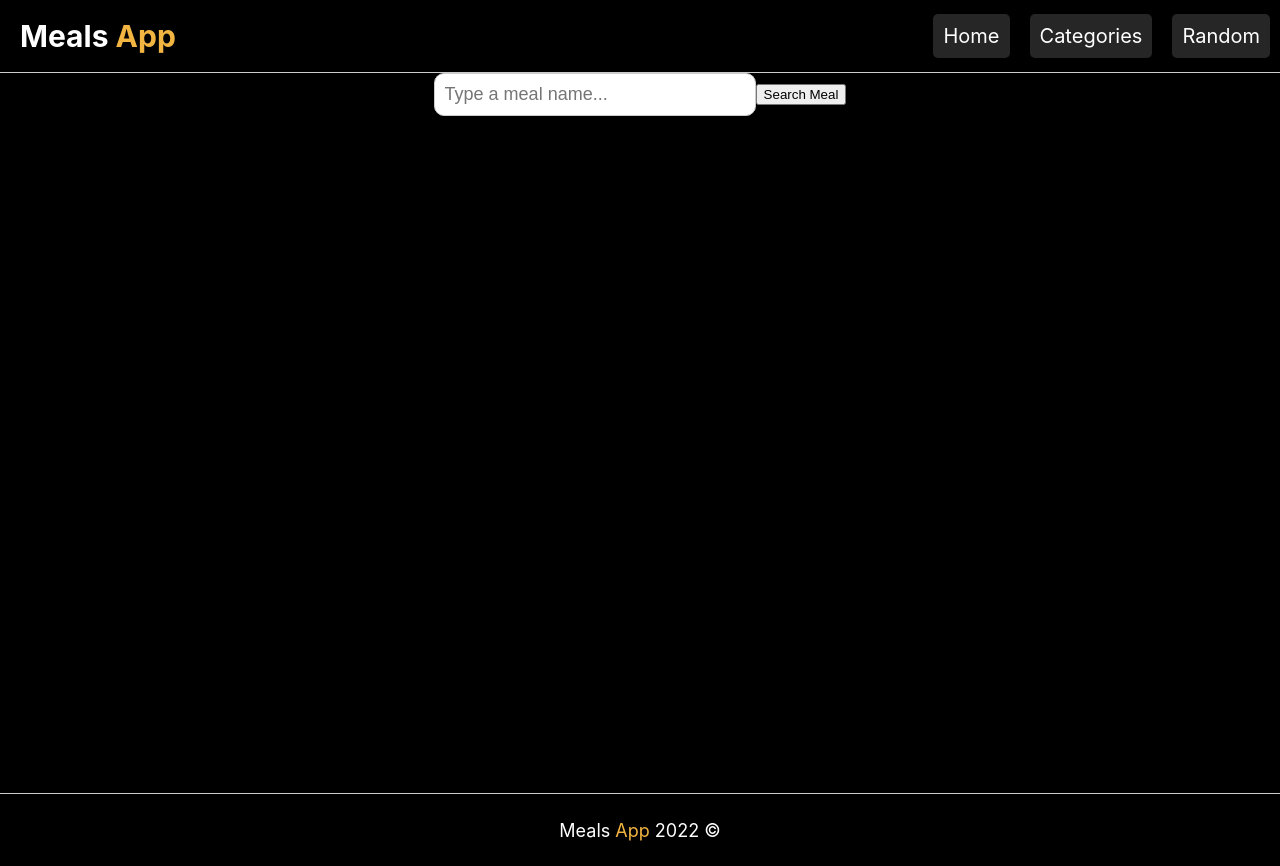
Repository: Shahriddinov/Meals
Page: /
The author's editor kept a copy of each file at every save. The page is drawn from the files as they stood at one save, then again after the next save.
The browser window is 1280 px wide. The pictures show the whole page.
The project was rebuilt for these pictures with package versions that can differ from the ones it lists, and the page was loaded fresh each time. Also part of the build but not shown: src/components/Categories/Categories.js, src/components/RandomMeal/RandomMeal.js.

Above is the page before, as saved 2022-03-21 18:24:08.

### src/index.js
import React from 'react';
import ReactDOM from 'react-dom';
import { BrowserRouter } from 'react-router-dom';
import App from './App';
import { AppContext } from './components/context/context';

ReactDOM.render(
  <React.StrictMode>
    <BrowserRouter>
    <AppContext>
      <App />
    </AppContext>
    </BrowserRouter>

  </React.StrictMode>,
  document.getElementById('root')
);

### src/App.js
import React from 'react';
import { Footer } from './components/Footer/Footer';
import Navbar from './components/Navbar/Navbar';
import HomePage from './components/HomePage/HomePage'
import Categories from './components/Categories/Categories'
import "./App.scss"
import RandomMeal from './components/RandomMeal/RandomMeal'
import {BrowserRouter,  Routes, Route} from 'react-router-dom'

function App(props) {
    return (
        <div>
         <Navbar />

         <Routes>
          <Route  path="/" element={<HomePage/>} />
          <Route  path="/categories" element={<Categories/>}/>
          <Route  path="/random" element={<RandomMeal/>} />
          </Routes>
          <Footer/>
        </div>
    );
}

export default App;

### src/components/context/context.js
import React, {createContext, useCallback, useState} from 'react'
import axios from "axios"
export const myContext = createContext();

export const AppContext  = ({children}) =>{
  const [meals,setMeals] = useState([]);
  const [categories, setCategories] = useState([]);
  const [random, setRandom] = useState([]);

  const fetchHomePageMeals = useCallback((searchTerm)=>{
    axios.get(`https://www.themealdb.com/api/json/v1/1/search.php?s=${searchTerm}`).then(res =>{
      console.log(res.data.meals);
      setMeals(res.data.meals)
    })
  },[])
  return <myContext.Provider value={{fetchHomePageMeals, meals}}>{children}</myContext.Provider>

}

### src/components/Footer/Footer.js
import React from 'react'
import "./Footer.scss"
export const Footer = () => {
  return (
    <div className="footer">
       <p>Meals <span>App</span> 2022 &copy;</p>
    </div>
  )
}

### src/components/Navbar/Navbar.js
import React from 'react'
import {Link} from 'react-router-dom'
import "./Navbar.scss"
const Navbar = () => {
  return (
    <div className="navbar">
      <div className="navbar-heading">
          <h1>Meals <span>App</span></h1>
      </div>
      <div className="navbar-links">
          <ul>
           <Link to="/">
             {""}
             <li>Home</li>
             </Link>
           <Link to="/categories">
             {""}
             <li>Categories</li>
             </Link>
           <Link to="/random">
             {""}
             <li>Random</li>
             </Link>
          </ul>
      </div>
    </div>
  )
}

export default Navbar

### src/components/HomePage/HomePage.js
import React, {useState, useCallback, useContext} from 'react'
import "./HomePage.scss"
import {myContext} from '../context/context'
function HomePage() {

  const [searchTerm, setSearchTerm] = useState("");

  const {fetchHomePageMeals, meals} = useContext(myContext);
  const fetchHomePageMealsHandler = useCallback(()=>{
    fetchHomePageMeals(searchTerm)
  }, [searchTerm, fetchHomePageMeals]);
  return (
    <div className="home">
      <div className="home-search">
        <input type="text" className="" placeholder="Type a meal name..." value={searchTerm} onChange={(e)=>setSearchTerm(e.target.value)}/>
        <button onClick={fetchHomePageMealsHandler} >Search Meal</button>
      </div>

      <div className="home-meals">
       {meals? (meals.map((meal)=>(
         <div className="home-meals-grid" key={meal.idMeal}>
         <img src={meal.strMealThumb} alt="#" />
         <h4>{meal.strMeal}</h4>
       </div>
       ))
       ):(
       <h2>No Meals found! Try another word...</h2>
       )}
      </div>
    </div>
  )
}

export default HomePage

### src/App.scss
body {
  padding: 0;
  margin: 0;
  box-sizing: border-box;
  font-family: -apple-system, BlinkMacSystemFont, "Segoe UI", Roboto, Oxygen,
    Ubuntu, Cantarell, "Open Sans", "Helvetica Neue", sans-serif;
}

### src/components/Footer/Footer.scss
.footer {
  display: flex;
  align-items: center;
  justify-content: center;
  text-align: center;
  background: #000000;
  color: #fff;
  height: 10vh;
  border-top: 1px solid #ccc;

  p {
    font-size: 18px;
    span {
      color: #f3b542;
    }
  }
}

### src/components/Navbar/Navbar.scss
.navbar {
  width: 100%;
  height: 10vh;
  background: #000000;
  color: #fff;
  display: flex;
  align-items: center;
  justify-content: space-between;
  flex-direction: row;
  border-bottom: 1px solid #ccc;
  &-heading {
    h1 {
      margin-left: 20px;
      font-size: 30px;
      span {
        color: #f3b542;
      }
    }
  }
  &-links {
    ul {
      display: flex;
      list-style: none;
    }
    a {
      color: #ffff;
      text-decoration: none;
      margin: 0px 10px;
      padding: 10px;
      background: lighten($color: #000000, $amount: 15);
      border-radius: 5px;
      font-size: 20px;
      transition: all 0.4s ease;
      &:hover {
        color: #f3b542;
      }
    }
  }
}

### src/components/HomePage/HomePage.scss
.home {
  min-height: 100vh;
  height: auto;
  background: #000000;
  color: #fff;
  width: 100%;

  &-search {
    display: flex;
    align-items: center;
    flex-direction: row;
    flex-wrap: wrap;
    justify-content: center;

    input {
      padding: 10px;
      outline: none;
      border: 1px solid #ccc;
      width: 300px;
      font-size: 18px;
      border-radius: 10px;
    }
  }
}

Loaded but not shown: public/index.html (common file)

After the next save:
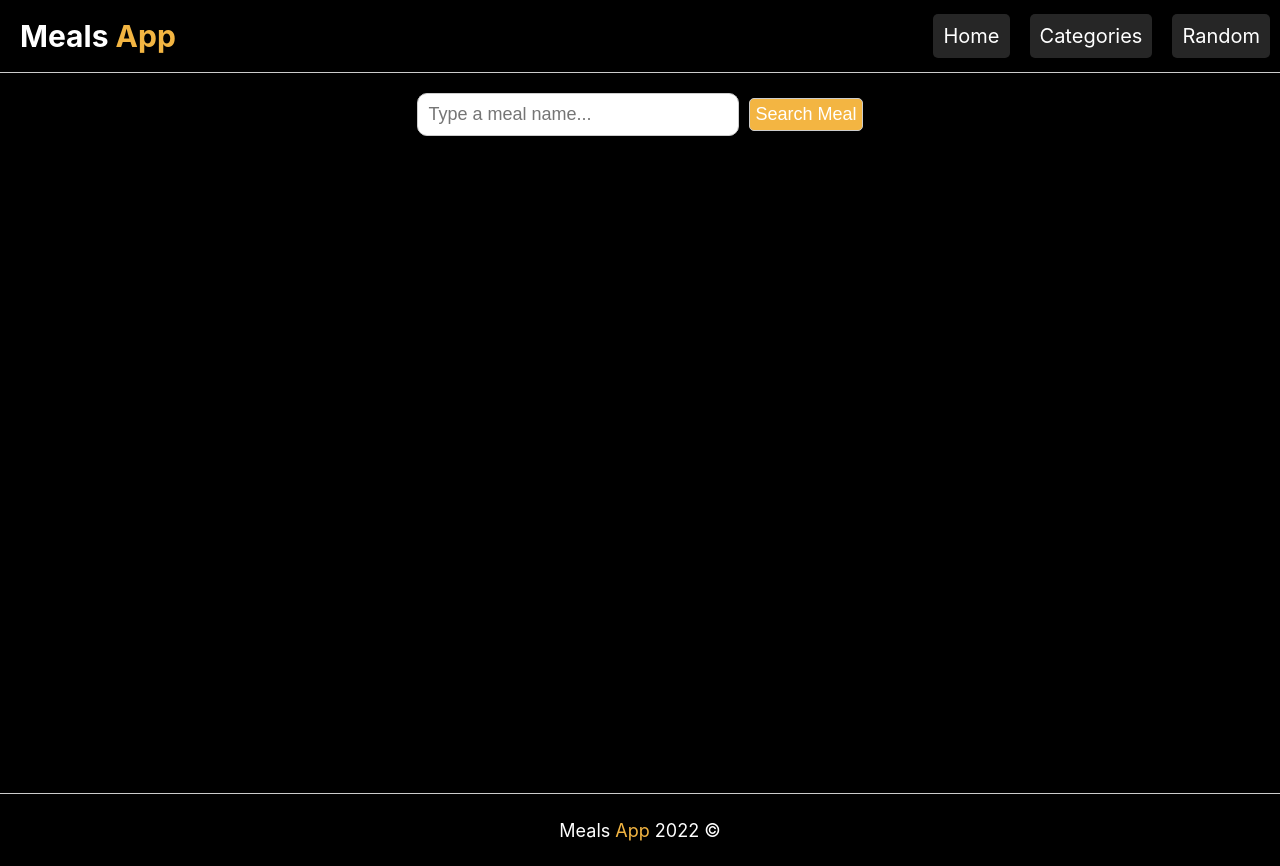
Saved 3 min 3 s later.
--- a/src/components/HomePage/HomePage.scss
+++ b/src/components/HomePage/HomePage.scss
@@ -19,6 +19,18 @@
       width: 300px;
       font-size: 18px;
       border-radius: 10px;
+      margin: 20px 0;
+    }
+
+    button {
+      font-size: 18px;
+      border: 1px solid #ccc;
+      padding: 5px;
+      color: #fff;
+      background: #f3b542;
+      margin-left: 10px;
+      border-radius: 5px;
+      outline: none;
     }
   }
 }
